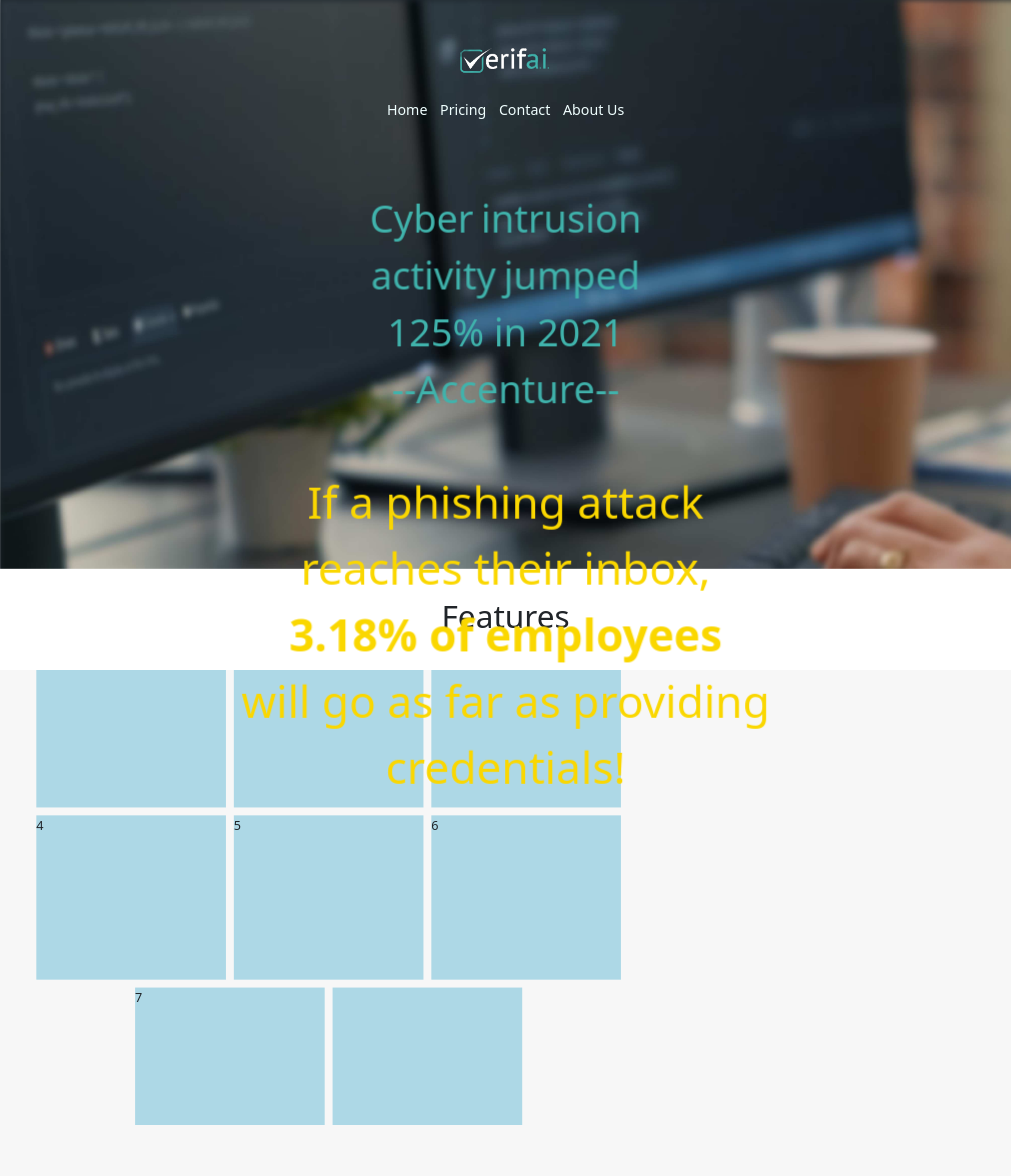
Repository: Ali-VB/verif-website
Page: /
These files come from the project's save history. The page is drawn as it stood at one moment and after the next save; the edit follows.
The browser window is 1280 px wide. The pictures show the whole page, at 79% of full size.
The project was rebuilt for these pictures with package versions that can differ from the ones it lists, and the page was loaded fresh each time.

Above is the page before, as saved 2022-04-19 10:55:49.

After the next save:
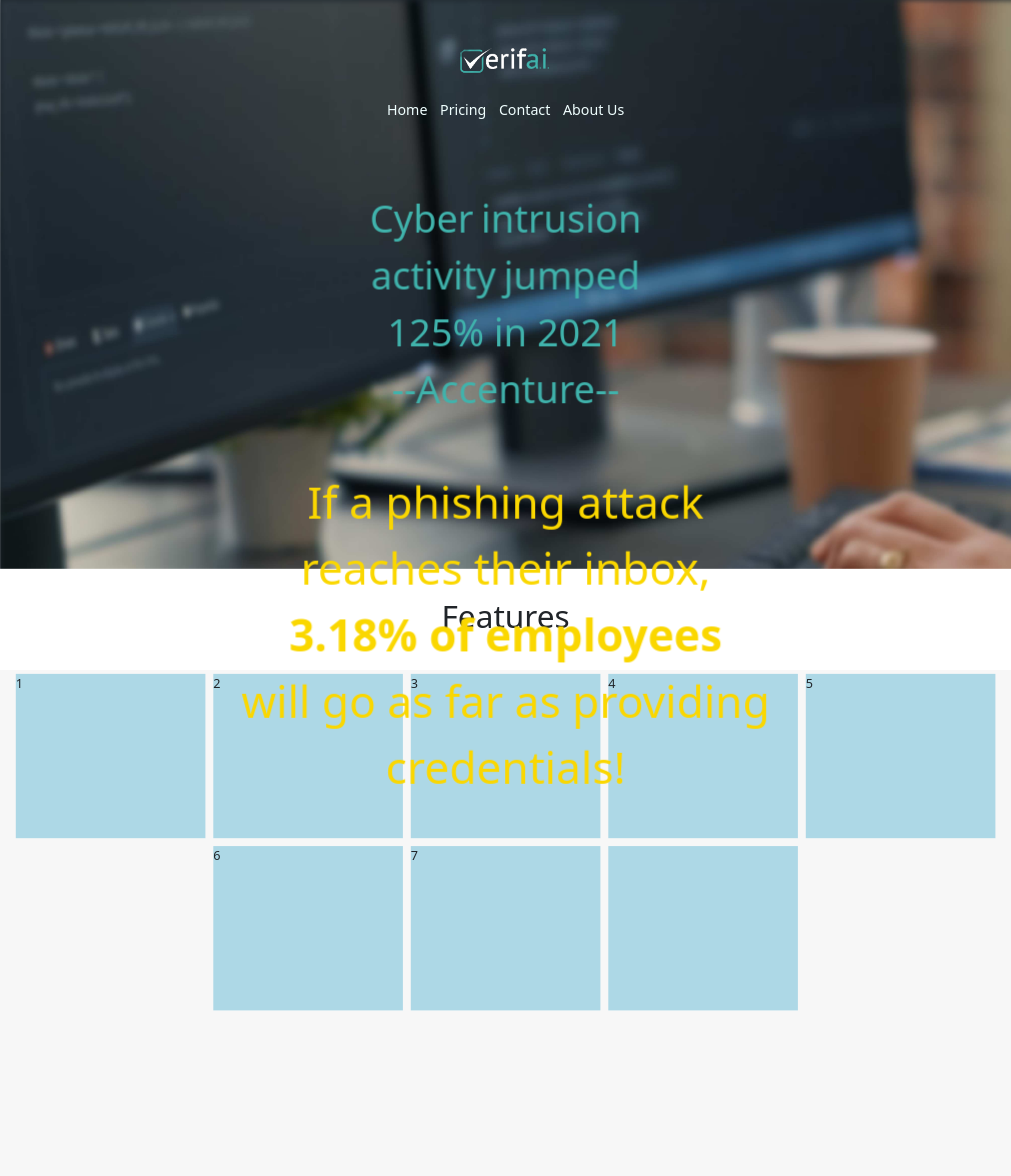
Saved 20 s later.
--- a/src/components/Features/Features.css
+++ b/src/components/Features/Features.css
@@ -17,8 +17,8 @@
     justify-content: center;
     align-items: center;
     align-content: center;
-    width: 65%;
-    height: 80vh;
+    /* width: 65%;
+    height: 80vh; */
     overflow: auto;
     flex-direction: row;
 }
